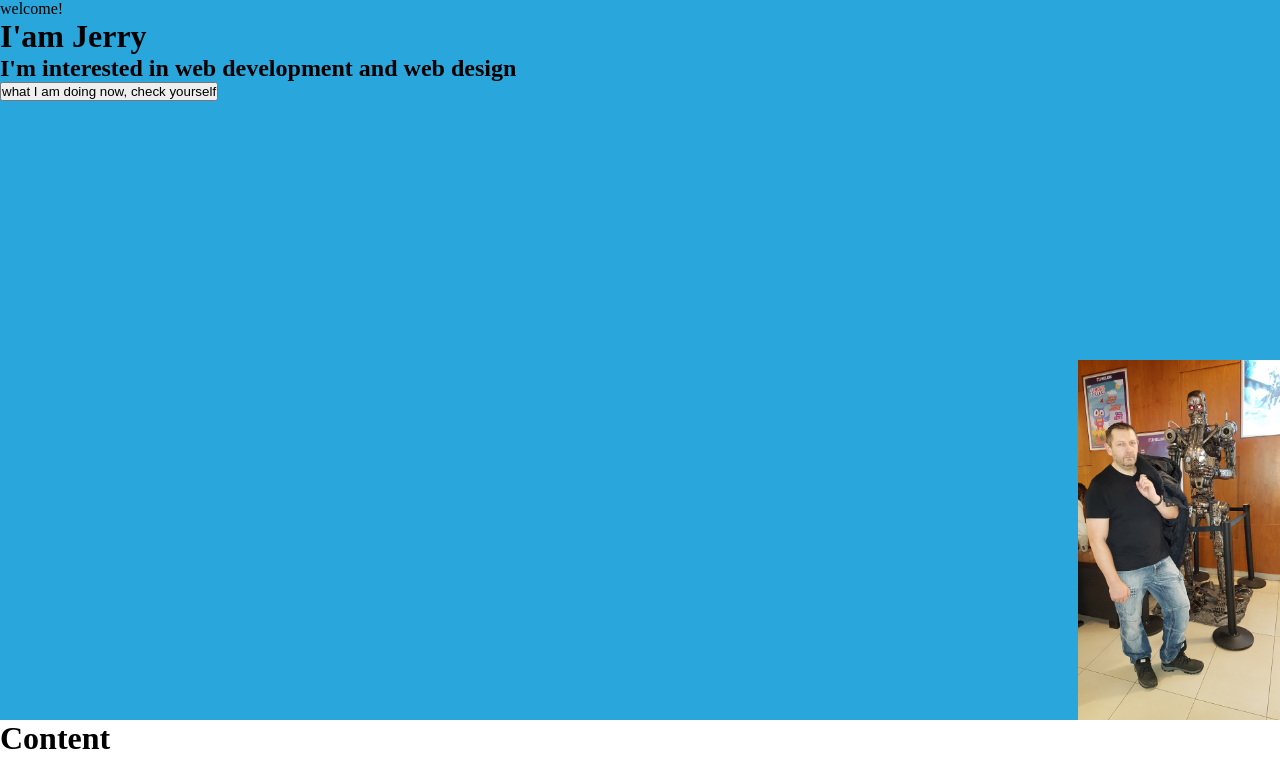
Repository: navanweb/dev
Page: jerry.html
An editor plug-in stored every save of this project. The page is shown before and after the next save, followed by the edit.
The browser window is 1280 px wide. The pictures show the whole page.

Above is the page before, as saved 2019-04-06 18:29:01.

After the next save:
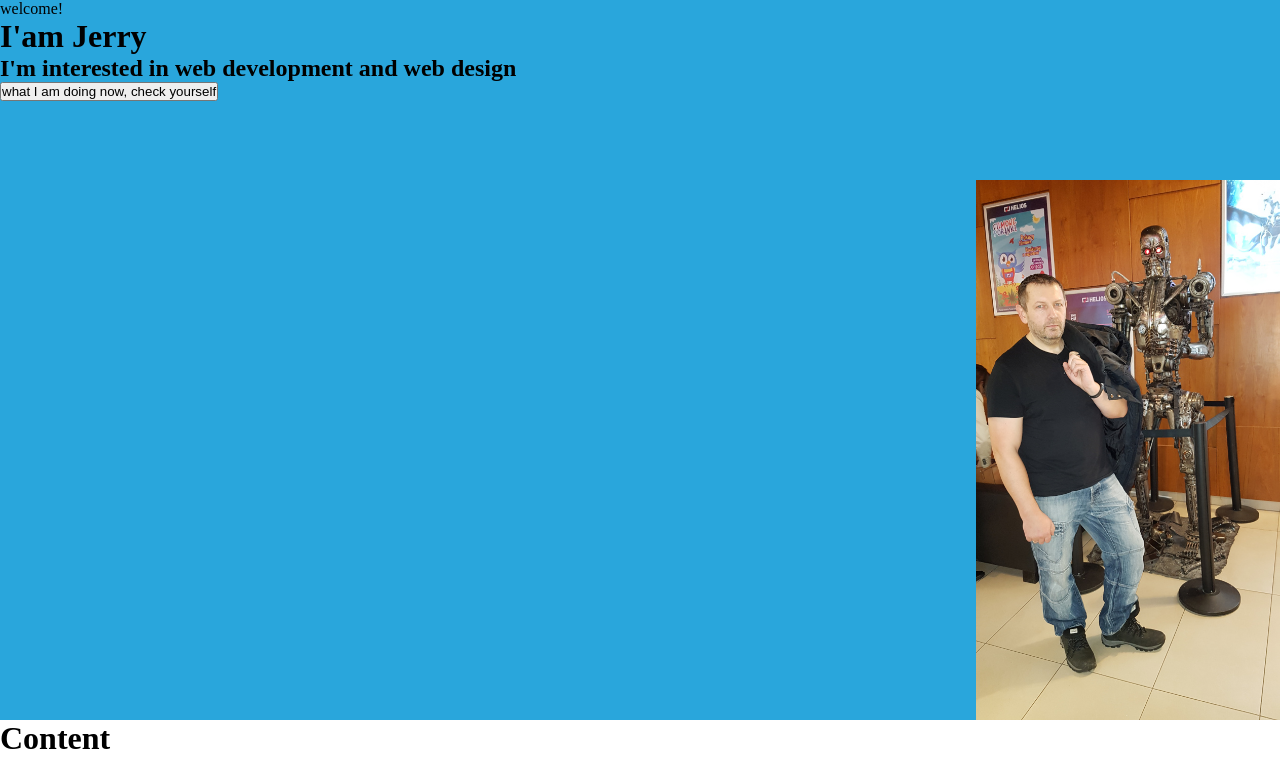
Saved 84 s later.
--- a/css/jerry.css
+++ b/css/jerry.css
@@ -17,7 +17,7 @@
 
 header img {
     position: absolute;
-    height: 50%;
+    height: 75%;
     bottom: 0;
     right: 0;
 }

After the save that followed:
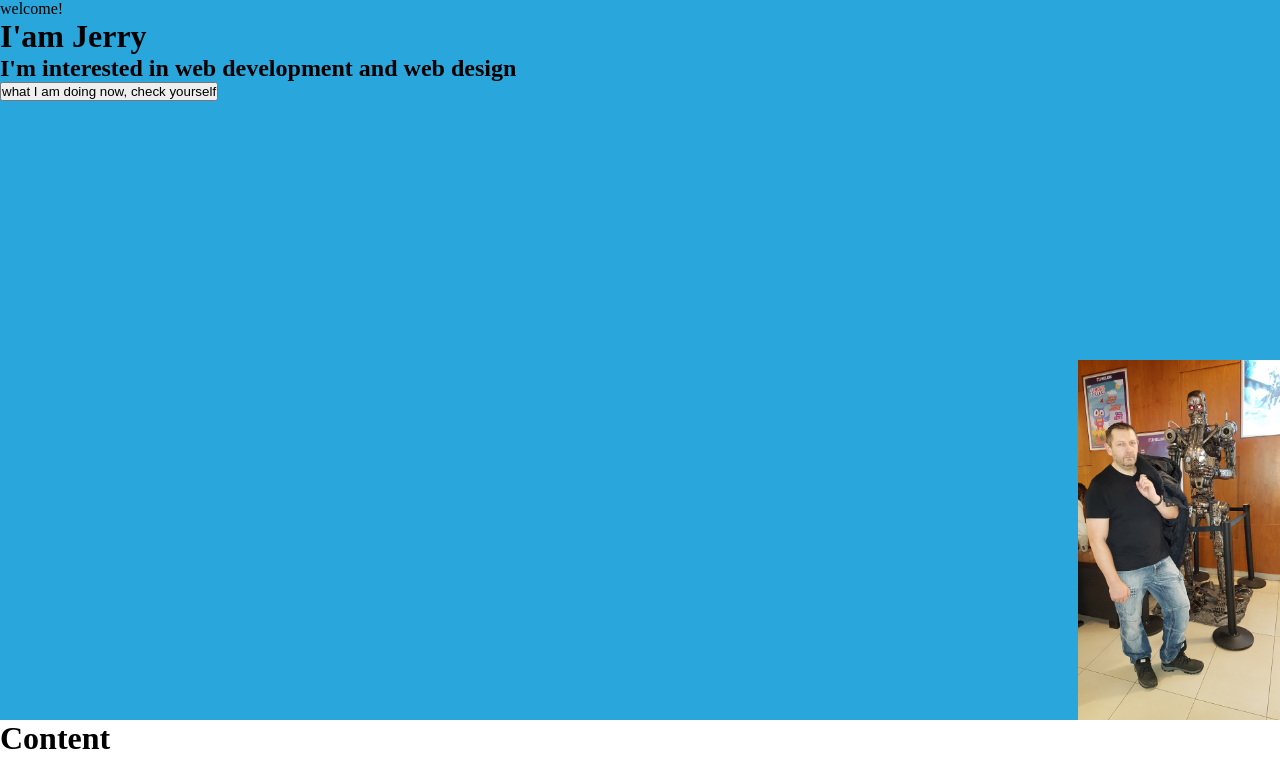
Saved 9 s later.
--- a/css/jerry.css
+++ b/css/jerry.css
@@ -17,7 +17,7 @@
 
 header img {
     position: absolute;
-    height: 75%;
+    height: 50%;
     bottom: 0;
     right: 0;
 }
